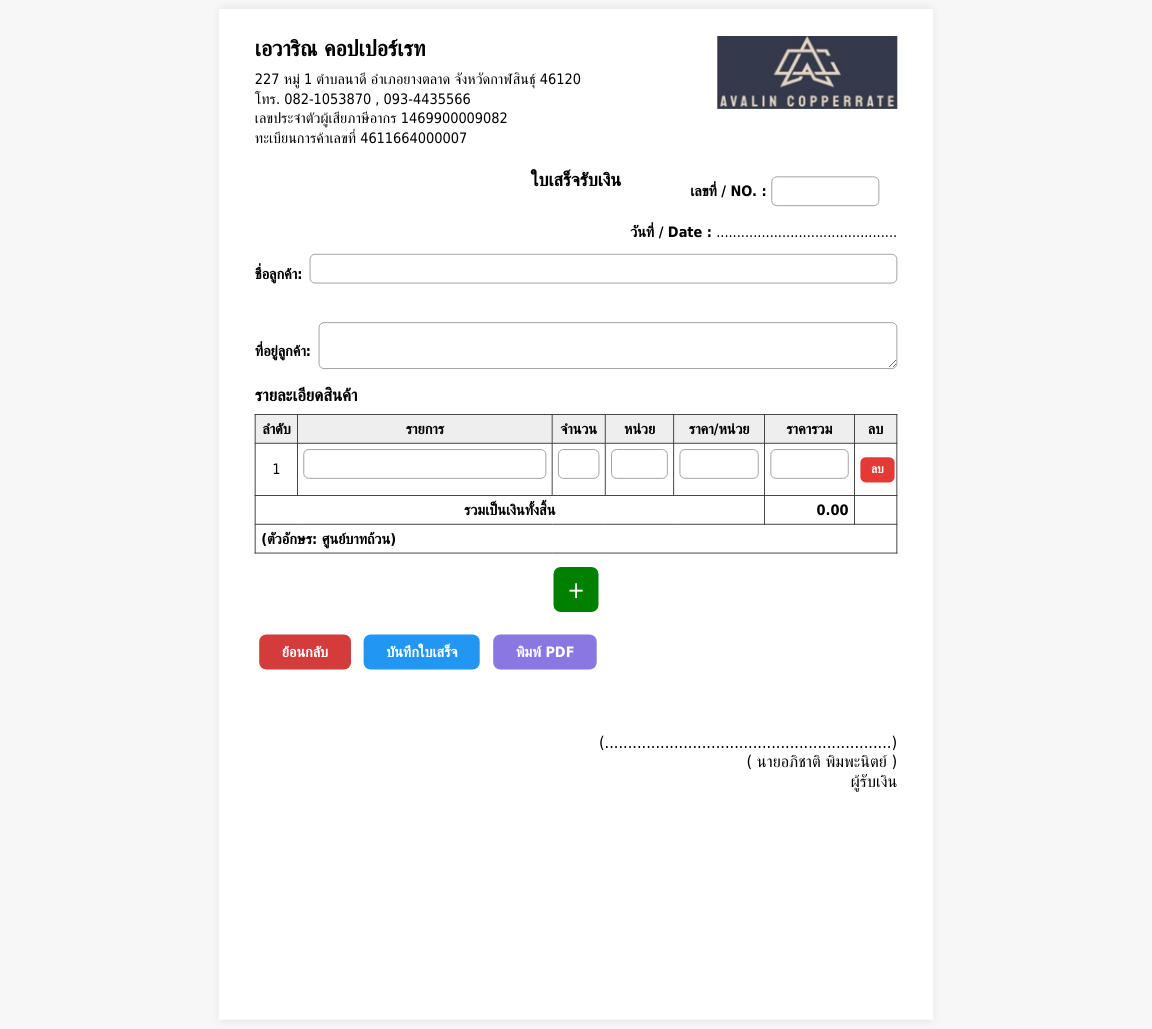
Repository: Hermesmercury88/shop_it
Page: quotation.html
The author's editor kept a copy of each file at every save. The page is drawn from the files as they stood at one save, then again after the next save.
The browser window is 1280 px wide. The pictures show the whole page, at 90% of full size.
Some web fonts or font styles are not loaded; a fallback is used.

Above is the page before, as saved 2025-09-21 10:54:23.

### quotation.html
<!DOCTYPE html>
<html lang="th">
<head>
<meta charset="UTF-8">
<title>ใบเสร็จรับเงิน</title>
<link href="css/quotation.css" rel="stylesheet">
<style>
/* ตาราง */
table { border-collapse: collapse; width: 100%; }
table, th, td { border: 1px solid #000; }
th, td { padding: 5px; text-align: center; }
tfoot td { font-weight: bold; }

/* ปุ่ม */
.add-btn, .remove-btn { cursor: pointer; }

/* ปรับแถวรวม */
tfoot .total-row td { border-top: 1px solid #000; }
tfoot .total-row td:first-child { border-right: 1px solid #000; }
</style>
</head>
<body>
<div class="container" id="receiptContent">

    <!-- ส่วนหัว -->
    <div class="header-info">
        <div class="company">
            <h2>เอวาริณ คอปเปอร์เรท</h2>
            <p>227 หมู่ 1 ตำบลนาดี อำเภอยางตลาด จังหวัดกาฬสินธุ์ 46120</p>
            <p>โทร. 082-1053870 , 093-4435566</p>
            <p>เลขประจำตัวผู้เสียภาษีอากร 1469900009082</p>
            <p>ทะเบียนการค้าเลขที่ 4611664000007</p>
        </div>
        <div class="logo">
            <img src="./pic/logo.png" alt="logo">
        </div>
    </div>

    <!-- ฟอร์ม -->
    <form action="http://localhost/shop/save.php" method="post" id="receiptForm">

        <div class="doc-title">
            <h2>ใบเสร็จรับเงิน</h2>
            <div class="doc-info">
                <label>เลขที่ / NO. : <input type="text" name="order_no" required></label>
                <span><b>วันที่ / Date :</b> ............................................</span>
            </div>
        </div>

        <div class="customer-info">
            <label>ชื่อลูกค้า: <input type="text" name="customer_name" required></label><br>
            <label>ที่อยู่ลูกค้า: <textarea name="customer_address" rows="2" required></textarea></label>
        </div>

        <h3>รายละเอียดสินค้า</h3>
        <table id="itemsTable">
            <thead>
                <tr>
                    <th>ลำดับ</th>
                    <th>รายการ</th>
                    <th>จำนวน</th>
                    <th>หน่วย</th>
                    <th>ราคา/หน่วย</th>
                    <th>ราคารวม</th>
                    <th>ลบ</th>
                </tr>
            </thead>
            <tbody>
                <tr>
                    <td>1</td>
                    <td><input type="text" name="item_name[]"></td>
                    <td><input type="number" name="qty[]" class="qty"></td>
                    <td><input type="text" name="unit[]"></td>
                    <td><input type="number" name="price[]" class="price"></td>
                    <td><input type="text" name="total[]" class="total" readonly></td>
                    <td><button type="button" class="remove-btn">ลบ</button></td>
                </tr>
            </tbody>
            <tfoot>
                <!-- รวมเป็นเงินทั้งสิ้น -->
                 <tr>
                    <td colspan="5" style="text-align:center;font-weight:bold;">รวมเป็นเงินทั้งสิ้น</td>
                    <td style="text-align:right;font-weight:bold;">
                        <span id="grandTotalDisplay">0.00</span>
                    </td>
                    <td></td>
                </tr>
                <!-- ตัวอักษร -->
                 <tr>
                    <td colspan="7" style="text-align:left;font-weight:bold;">
                        (ตัวอักษร: <span id="thaiTextDisplay">ศูนย์บาทถ้วน</span>)
                    </td>
                </tr>
            </tfoot>
        </table>

        <input type="hidden" name="grand_total" id="grand_total_input">

        <button type="button" class="add-btn">+</button>
        <button type="button" class="button btn-back" onclick="window.location.href='index.html'">ย้อนกลับ</button>
        <button type="submit" class="button btn-save">บันทึกใบเสร็จ</button>
        <button type="button" class="button btn-print" onclick="printPDF()">พิมพ์ PDF</button>
    </form>

    <div class="signature">
        <p>(..............................................................)<br>( นายอภิชาติ พิมพะนิตย์ )<br>ผู้รับเงิน</p>
    </div>
</div>

<script>
// แปลงตัวเลขเป็นภาษาไทย
function numberToThaiText(number) {
    const txtnum = ["ศูนย์","หนึ่ง","สอง","สาม","สี่","ห้า","หก","เจ็ด","แปด","เก้า"];
    const txtdigit = ["","สิบ","ร้อย","พัน","หมื่น","แสน","ล้าน"];
    if(number === 0) return "ศูนย์บาทถ้วน";
    let bahtText = "";
    let numStr = number.toFixed(2).toString();
    let [intPart, decPart] = numStr.split(".");
    let intLen = intPart.length;

    for(let i=0; i<intLen; i++){
        let n = parseInt(intPart.charAt(i));
        let pos = intLen - i - 1;
        if(n!==0){
            if(pos==1 && n==1) bahtText += "สิบ";
            else if(pos==1 && n==2) bahtText += "ยี่สิบ";
            else if(pos==0 && n==1 && intLen>1) bahtText += "เอ็ด";
            else bahtText += txtnum[n] + (pos>0?txtdigit[pos]:"");
        }
    }
    bahtText += "บาท";
    if(decPart=="00") bahtText += "ถ้วน";
    else {
        let d1 = parseInt(decPart.charAt(0));
        let d2 = parseInt(decPart.charAt(1));
        if(d1!=0){
            if(d1==1) bahtText += "สิบ";
            else if(d1==2) bahtText += "ยี่สิบ";
            else bahtText += txtnum[d1]+"สิบ";
        }
        if(d2!=0){
            if(d2==1) bahtText += "เอ็ดสตางค์";
            else bahtText += txtnum[d2]+"สตางค์";
        }
    }
    return bahtText;
}

// คำนวณราคารวม
function calculateTotals() {
    let qtys = document.querySelectorAll(".qty");
    let prices = document.querySelectorAll(".price");
    let totals = document.querySelectorAll(".total");
    let grandTotal = 0;

    qtys.forEach((qty, i) => {
        let q = parseFloat(qty.value) || 0;
        let p = parseFloat(prices[i].value) || 0;
        let sum = q * p;
        totals[i].value = sum.toFixed(2);
        grandTotal += sum;
    });

    // แสดงผลรวม
    document.getElementById("grandTotalDisplay").innerText = grandTotal.toFixed(2);
    document.getElementById("grand_total_input").value = grandTotal.toFixed(2);

    // แสดงตัวอักษร
    document.getElementById("thaiTextDisplay").innerText = numberToThaiText(grandTotal);
}

// event คำนวณอัตโนมัติ
document.addEventListener("input", function(e){
    if(e.target.classList.contains("qty") || e.target.classList.contains("price")){
        calculateTotals();
    }
});

// เพิ่มแถวสินค้า
document.querySelector(".add-btn").addEventListener("click", function(){
    let table = document.getElementById("itemsTable").getElementsByTagName("tbody")[0];
    let rowCount = table.rows.length;
    let row = table.insertRow();
    row.innerHTML = `
        <td>${rowCount+1}</td>
        <td><input type="text" name="item_name[]"></td>
        <td><input type="number" name="qty[]" class="qty"></td>
        <td><input type="text" name="unit[]"></td>
        <td><input type="number" name="price[]" class="price"></td>
        <td><input type="text" name="total[]" class="total" readonly></td>
        <td><button type="button" class="remove-btn">ลบ</button></td>
    `;
});

// ลบแถวสินค้า
document.getElementById("itemsTable").addEventListener("click", function(e){
    if(e.target.classList.contains("remove-btn")){
        let row = e.target.closest("tr");
        row.parentNode.removeChild(row);
        calculateTotals();
        let rows = document.querySelectorAll("#itemsTable tbody tr");
        rows.forEach((r, i) => r.cells[0].innerText = i+1);
    }
});

// ปุ่มพิมพ์ PDF
function printPDF() {
    document.querySelectorAll("input, textarea").forEach(el => {
    const span = document.createElement("span");
    span.textContent = el.value;
    span.style.fontFamily = "TH SarabunPSK, sans-serif";
    span.style.fontSize = "14px";
    span.style.lineHeight = "1.6";
    el.parentNode.replaceChild(span, el);
  });
  window.print();
}
</script>
</body>
</html>

### css/quotation.css
@font-face {
    font-family: "TH SarabunPSK";
    src: url("./fonts/THSarabunPSK.woff2") format("woff2"),
         url("./fonts/THSarabunPSK.woff") format("woff"),
         url("./fonts/THSarabunPSK.ttf") format("truetype");
    font-weight: normal;
    font-style: normal;
}

/* รีเซ็ต */
* {
    margin: 0;
    padding: 0;
    box-sizing: border-box;
    font-family: "TH SarabunPSK", Tahoma, sans-serif;
}

body {
    background: #f7f7f7;
    padding: 10px;
    display: flex;
    justify-content: center;
}

.container {
    background: #fff;
    width: 210mm;       /* กำหนดตรง A4 */
    min-height: 297mm;  /* ความสูง A4 */
    padding: 30px 40px;
    box-shadow: 0 0 10px rgba(0,0,0,0.1);
}

/* ส่วนหัว */
.header-info {
    display: flex;
    justify-content: space-between;
    margin-bottom: 22px;
}

.company {
    width: 65%;
    text-align: left;
}

.company h1 {
    font-size: 30px;
    margin-bottom: 10px;
}

.company h2 {
    font-size: 24px;
    margin-bottom: 10px;
}

.company p {
    font-size: 16px;
    margin: 3px 0;
}

.logo {
    text-align: left;
    margin-bottom: 20px;
}

.logo img {
    width: 200px;
    height: auto;
    display: block;
}

/* หัวใบเสร็จ */
.doc-title {
    text-align: center;
    margin: 20px 0 70px;
    position: relative;
}

.doc-title h2 {
    font-size: 20px;
    font-weight: bold;
}

.doc-info {
    position: absolute;
    right: 0;
    top: 0;
    font-size: 20px;
    text-align: right;
}

.doc-info span {
    display: block;
    margin: 3px 0;
}

.doc-info label,
.doc-info span {
    font-size: 16px;
}

/* เลขที่/NO ให้อยู่บรรทัดเดียวกับ input */
.doc-info label {
  display: inline-block;
  font-weight: bold;
  margin-right: 20px;
}

.doc-info input[type="text"] {
  width: 120px;
  display: inline-block;
}

/* ลูกค้าและที่อยู่ต่อท้าย label */
.customer-info label {
  display: flex;
  align-items: center;
  margin: 6px 0;
  font-weight: bold;
}

.customer-info input,
.customer-info textarea {
  margin-left: 8px;
  flex: 1;
}

/* รวมเป็นเงินทั้งสิ้น */
tfoot td {
  border: 1px solid #333;
}


/* ฟอร์ม */
label {
  font-size: 16px;
  font-weight: bold;
  display: block;
  margin: 8px 0 4px;
}

input[type="text"], textarea, input[type="number"] {
  font-size: 16px;
  padding: 6px;
  border: 1px solid #999;
  border-radius: 6px;
  width: 100%;
  margin-bottom: 12px;
}

/* ตาราง */
table {
  width: 100%;
  border-collapse: collapse;
  margin-top: 10px;
  table-layout: fixed; /* ใช้ความกว้างตามที่กำหนด */
}

table th, table td {
  border: 1px solid #333;
  padding: 6px;
  text-align: center;
  word-wrap: break-word; /* ตัดบรรทัดอัตโนมัติ */
}

table th {
  background: #eee;
  font-weight: bold;
}

/* กำหนดสัดส่วนคอลัมน์ */
table th:nth-child(1), table td:nth-child(1) { width: 8%; }   /* ลำดับ */
table th:nth-child(2), table td:nth-child(2) { width: 48%; }  /* รายการ (กว้างสุด) */
table th:nth-child(3), table td:nth-child(3) { width: 10%; }  /* จำนวน */
table th:nth-child(4), table td:nth-child(4) { width: 13%; }  /* หน่วย */
table th:nth-child(5), table td:nth-child(5) { width: 17%; }  /* ราคา/หน่วย */
table th:nth-child(6), table td:nth-child(6) { width: 17%; }  /* ราคารวม */
table th:nth-child(7), table td:nth-child(7) { width: 8%; }  /* ลบ */

/* ปุ่ม */
.button {
  display: inline-block;
  font-size: 16px;
  font-weight: bold;
  padding: 10px 25px;
  margin: 10px 5px;
  border: none;
  border-radius: 8px;
  cursor: pointer;
  color: white;
}

.btn-back { background: #d43b3b; }
.btn-save { background: #2196F3; }
.btn-print { background: #8a77e2; }

.add-btn {
  display: block;
  margin: 15px auto;
  width: 50px;
  height: 50px;
  font-size: 26px;
  background: green;
  color: white;
  border: none;
  border-radius: 8px;
  cursor: pointer;
}

/* ปุ่มลบ */
.remove-btn {
  background-color: #e53935;
  color: white;
  border: none;
  padding: 6px 12px;
  border-radius: 6px;
  cursor: pointer;
  font-weight: bold;
}

.remove-btn:hover {
  background-color: #ef5350;
}

/* รวมเงิน */
.grand-total {
  text-align: right;
  font-weight: bold;
  font-size: 18px;
  margin-top: 15px;
}

/* ลายเซ็น */
.signature {
  margin-top: 60px;
  text-align: right;
  font-size: 18px;
}

/* @media print */
@media print {
  #thaiTextDisplay {
    display: inline-block !important;
    font-weight: bold !important;
    font-size: 16px !important;
    color: #000 !important;
    text-align: center !important;
  }

  /* ซ่อนปุ่มทั้งหมด */
  .button, .add-btn, .remove-btn {
    display: none !important;
  }

  /* ซ่อนคอลัมน์ลบในตาราง */
  th:last-child, td:last-child {
    display: none !important;
  }

  input, textarea {
    input, textarea {
    border: none !important;
    outline: none !important;
    background: transparent !important;
    pointer-events: none;
    font-size: 14px;
    font-family: "TH SarabunPSK", sans-serif;
    color: #000;
    width: auto !important;
    min-width: 50px !important;
    box-sizing: content-box !important;

    /* แก้เลขหักครึ่ง */
    -webkit-appearance: none;
    appearance: none;
    line-height: 1.6 !important;
    height: auto !important;
    padding: 0 !important;
    margin: 0 !important;
  }
  }

  input.total, input.price, input.qty {
    text-align: right !important;
  }

  input::placeholder, textarea::placeholder {
    color: transparent !important;
  }

  body {
    background: none !important;
    padding: 0 !important;
  }

  .container {
    box-shadow: none !important;
    margin: 0 auto !important;
    width: 210mm !important;
    min-height: 250mm !important;
    background: #fff !important;
  }

  @page {
    size: A4 portrait;
    margin: 15mm;
  }

  /* td ที่ครอบ span */
  tfoot tr:last-child td {
    display: table-cell !important;
    text-align: left !important;
    border: none !important;
    padding-left: 0 !important;
  }

  .summary-outside {
  display: none;
}


  /* กำหนดสัดส่วนคอลัมน์ */
  table th:nth-child(1), table td:nth-child(1) { width: 8% !important; text-align: center; }
  table th:nth-child(2), table td:nth-child(2) { width: 48% !important; }
  table th:nth-child(3), table td:nth-child(3) { width: 10% !important; text-align: center; }
  table th:nth-child(4), table td:nth-child(4) { width: 13% !important; text-align: center; }
  table th:nth-child(5), table td:nth-child(5) { width: 17% !important; text-align: right; padding-right: 5px; }
  table th:nth-child(6), table td:nth-child(6) { width: 18% !important; text-align: right; padding-right: 5px; }
}

.summary-outside {
  display: none;
}

After the next save:
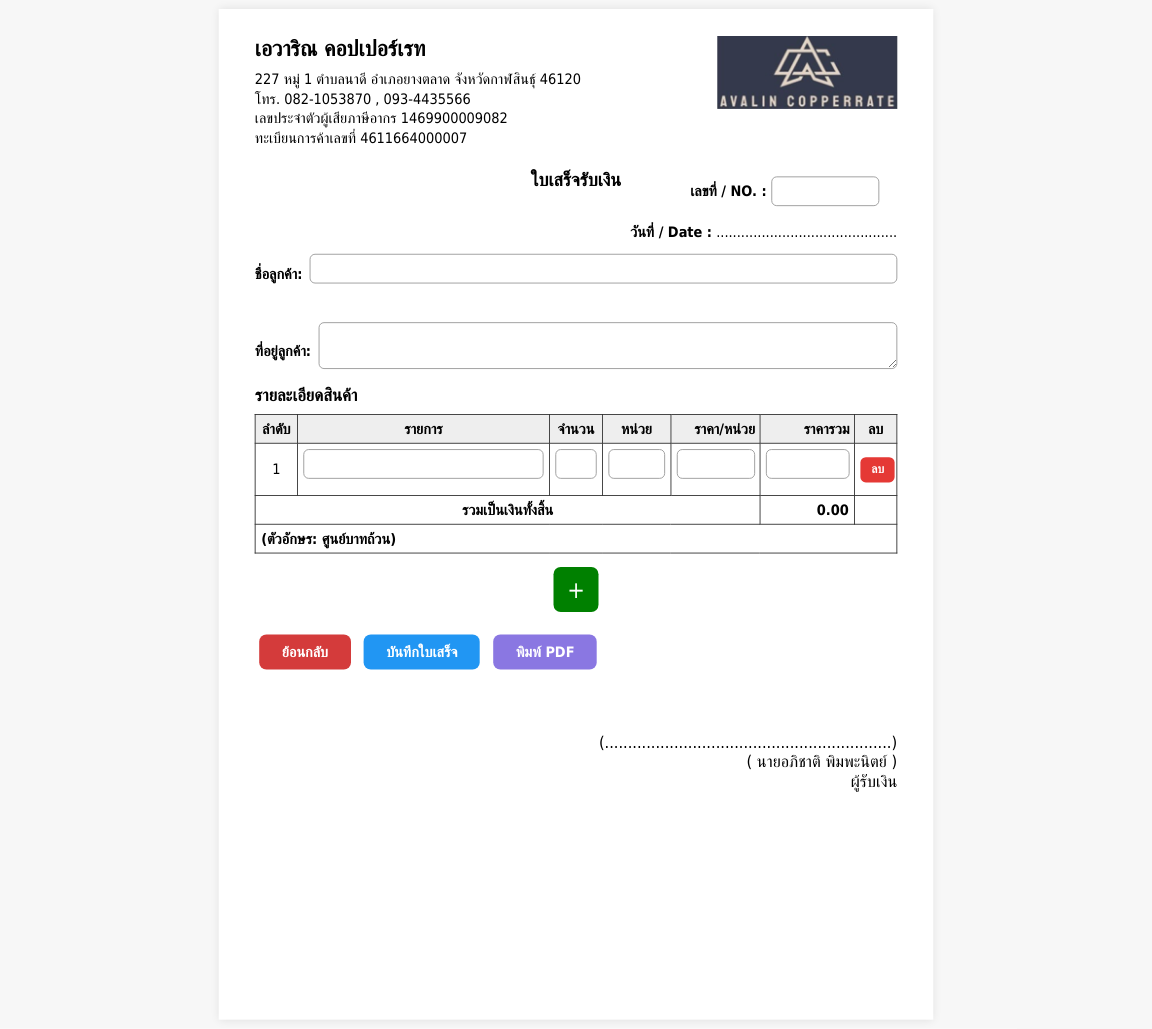
Saved 2 min 49 s later.
--- a/css/quotation.css
+++ b/css/quotation.css
@@ -313,8 +313,7 @@ table th:nth-child(7), table td:nth-child(7) { width: 8%; }  /* ลบ */
     padding-left: 0 !important;
   }
 
-  .summary-outside {
-  display: none;
+
 }
 
 

After the 2 saves that followed:
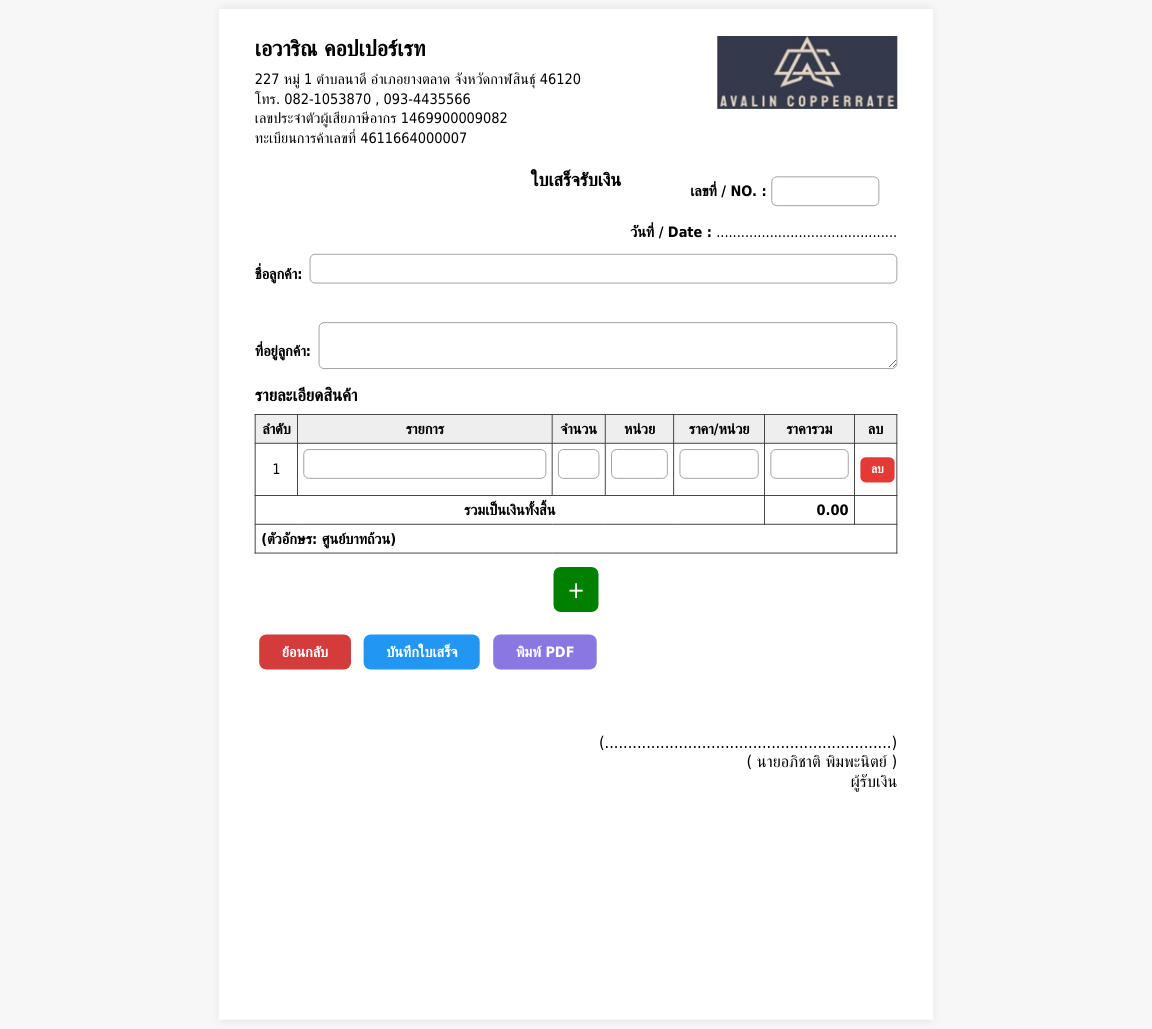
The 2 saves are shown as one change because they came seconds apart.
The last was saved 7 s later.
--- a/css/quotation.css
+++ b/css/quotation.css
@@ -276,6 +276,9 @@ table th:nth-child(7), table td:nth-child(7) { width: 8%; }  /* ลบ */
     height: auto !important;
     padding: 0 !important;
     margin: 0 !important;
+
+      .summary-outside {
+        display: none;
   }
   }
 
